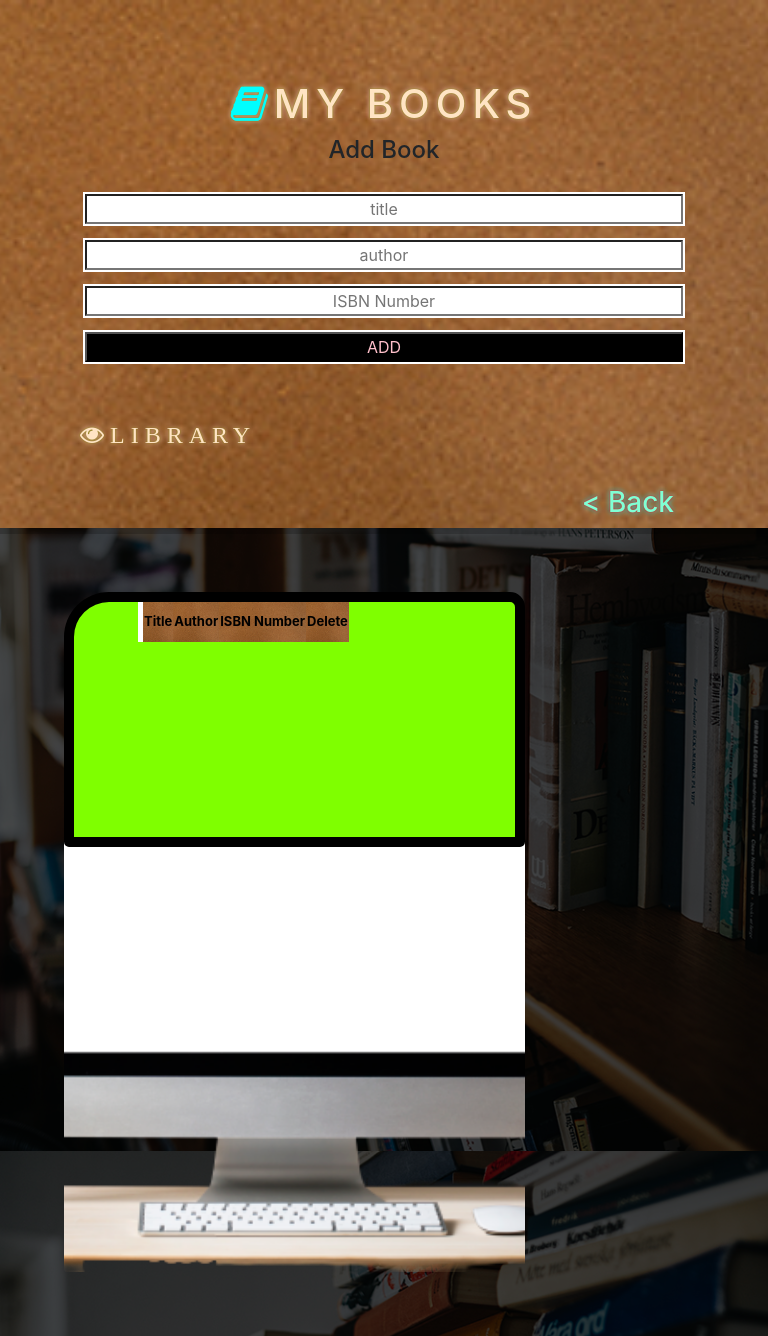
Repository: CSituma/Home-Library-App
Page: libu.html
An editor plug-in stored every save of this project. The page is shown before and after the next save, followed by the edit.
The browser window is 768 px wide. The pictures show the whole page.
Backgrounds fixed to the window are drawn as part of the page. Some web libraries are served in a nearby version.

Above is the page before, as saved 2020-11-10 22:17:22.

### libu.html
<!DOCTYPE html>
<html lang="en">
<head>
    <meta charset="UTF-8">
    <meta name="viewport" content="width=device-width, initial-scale=1.0">
    <meta http-equiv="X-UA-Compatible" content="ie=edge">
    <link rel="stylesheet" href="style.css">
    <link rel="stylesheet" href="https://cdnjs.cloudflare.com/ajax/libs/font-awesome/4.7.0/css/font-awesome.min.css"/>
<link rel="stylesheet" href="https://stackpath.bootstrapcdn.com/bootstrap/4.5.0/css/bootstrap.min.css" integrity="sha384-9aIt2nRpC12Uk9gS9baDl411NQApFmC26EwAOH8WgZl5MYYxFfc+NcPb1dKGj7Sk" crossorigin="anonymous"/>
<link rel="stylesheet" href="https://cdnjs.cloudflare.com/ajax/libs/animate.css/4.0.0/animate.min.css"/>
  <title>BOOK TRACKER</title>
</head>
<body>
    <div class="columns">
        <div class="js">

            <h1><i class="fa fa-book"></i>MY BOOKS</h1>
                        <h4>Add Book</h4>
            <form id="form">
                <input type= "text" id= "title"  placeholder="title">
                <input type= "text" id= "author" placeholder="author" >
                <input type= "text" id= "number" placeholder="ISBN Number">
                <input type= "submit"id= "button" value="ADD">
            </form>
        <h3> <a href= "./index.html"> < Back </a></h3>
        <h4 id="libur"><a href= "#storage"><i class="fa fa-eye">LIBRARY</i></a></h4>

        </div>
        <div class="storage" id="storage" >
              <div class="storage_items">
        <table id="table">
            <thead>
                <tr>
                <th id="title">Title</th>
                <th>Author</th>
                <th>ISBN Number</th>
                <th>Delete</th>
                </tr>
                </thead>
                <tbody class="Booklist" id="booklist">
                </tbody>
            </table>
            </div>
        </div>
</div>
    <script src="lib.js"></script>
 </body>
 </html>

### style.css
/*homepage//////////////*/
body,
html {
  max-width: 100%;
  margin: 0;
  padding: 0;
  max-height: 100%;
  background: url("./images/sandra-seitamaa-qkIWnKtGhg4-unsplash.jpg")
    center/cover no-repeat fixed;
}

.container {
  margin: 10em 20em 20em 20em;
  height: 400px;
  width: 40%;
  background-color: rgba(146, 116, 15, 0.445);
  text-align: center;
}

.lol {
  padding-top: 5em;
  font-weight: 800;
  font-style: italic;
}
span {
  color: yellow;
  font-weight: 400;
}
#lolone {
  color: ghostwhite;
}

h3 {
  padding-top: 4em;
  float: right;
  margin-right: 0.5em;
  font-weight: 900;
  font-size: 2rem;
  text-shadow: 0 0 3px #FF0000, 0 0 5px aqua;
}

h3 a {
  text-decoration: none;
 color: aquamarine;

}

h3 a:hover {
  text-decoration: none;
  color: burlywood;
}

#you {
  padding: 1rem;
  color: gold;
}

/*library////////////////*/
.columns {
  display: flex;
  justify-content: space-between;
  max-width: 100%;
  max-height: 100%;
  background: rgba(0, 0, 0, 0.692);

}
h1{
  letter-spacing: 6px;
  text-shadow: 0 0 3px olive, 0 0 5px pink;
  padding-top:2em;
  margin: 0;
  color: bisque;

}
table {
  background: black;
  width: 100%;
  margin:0.5em;
  margin-left:0.2em;
  text-align: center;
  color:white;

}


td{
  margin: 2em;
}
tr{
  border-left: white 5px solid;
  height: 40px;
}
th {
  color: black;
  background:url('./images/josephine-bredehoft-KsAo8ouBn8A-unsplash.jpg') center/cover no-repeat;
  outline: none;
}
tbody tr:nth-child(odd){
  background:white;
 color: olive;
}
tbody tr:nth-child(odd):hover {
  box-shadow: 0 0 0 2px white;

}
tbody tr:nth-child(even){
background:black;

}
tbody tr:nth-child(even):hover{
  box-shadow: 0 0 0 2px gray;
}

 .fa {
   color:aqua;
 }
 .fa:hover{
   font-size:1.6rem;
 }
form {
  padding: 0.3em;
  margin-top: 1em;
}

form input {
  width: 100%;
  margin: 0.5em 0;
  -webkit-box-shadow: 0 0 0 2px white;
  box-shadow: 0 0 0 2px white;
}

:placeholder-shown {
  text-align: center;
}

#button {
  color: pink;
  background-color: black;
}

/*/////////////////////////////////*/
.storage_items {

  background-color: white;
  width:100%;
  max-height: 70%;
  margin-left: 8em;
  margin-top: 5em;
  margin-bottom: 2em;
  border: rgb(0, 0, 0) 5px solid;
  border-style: groove;
  padding-bottom: 15em;
  overflow: scroll;
  scroll-behavior: smooth;
  scrollbar-width: 2px;
}
.storage {
  background:url("./images/1463-removebg-preview.png") center/cover no-repeat;
  width: 60%;
  height: 85vh;
  margin: 6em 3em 6em 0;
  border-radius: 3px;

}
.js {
  -webkit-box-shadow: 0 0 0 6px rgba(0, 0, 0, 0.191);
  box-shadow: 0 0 0 6px rgba(0, 0, 0, 0.191);
  text-align: center;
  width: 40%;
  margin: 6em 0em 6em 3em;
  background: url("./images/josephine-bredehoft-KsAo8ouBn8A-unsplash.jpg")
    center/cover no-repeat;
}

#libur .fa{
  margin-top: 2em;
 float: left;
 margin-left: 0;
color:bisque;
letter-spacing: 6px;
text-shadow: 0 0 3px olive, 0 0 5px pink;
}

@media screen and (max-width:1000px) {
  .storage{
    margin-right: 0;

    background: url("./images/719-removebg-preview.png") center/cover no-repeat;
  }
  .storage_items{
    margin:0;
    font-size: 13px;
   border: 10px solid black;
   border-radius: 45px;
   border-bottom-right-radius:5px;
   border-bottom-left-radius:5px;
   border-top-right-radius:15px;

   padding:0;
   padding-bottom: 15em;

}

.js{
  margin: 0;}


}

@media screen and (min-width:1000px) {

 .storage_items{
  max-height: 60%;
    width: 400px;
    height: 50%;
    margin-left: 10em;
    margin-top: 5.5em;

  }


 }

 @media screen and (max-width:800px)
 {
   .storage{
        max-width:100% ;
        margin: 4em;
   }
  .storage_items{
    margin: 0;
    margin-right:5em;
    font-size: 13px;
   border: 10px solid black;
   border-radius: 45px;
   border-bottom-right-radius:5px;
   border-bottom-left-radius:5px;
   border-top-right-radius:15px;
  padding: 0 4rem;
   padding-bottom: 15em;
   background-color: chartreuse;

}
.columns{
  flex-direction: column;
}

table{
  align-items: center;
  float: left;
  margin: 0;
  width: auto;

}
.js{
  width:100%;
  padding: 0 5em;
 }

 }

### lib.js
// Book Class: Represents a Book
class Book {
  constructor(title, author, isbn) {
    this.title = title;
    this.author = author;
    this.isbn = isbn;
  }
}

// UI Class: Handle UI Tasks
class UI {
//display Books.//
static displayBooks () {
 const books = Store.getBooks();
 books.forEach(((book) =>
  UI.addBookToList(book)));
}


//addbooks
static addBookToList(book) {

const bookList = document.querySelector('#booklist');
const row = document.createElement('tr');

row.innerHTML= `<td>${book.title} </td>
               <td>${book.author}</td>
               <td>${book.isbn}</td>
              <td><i class="fa fa-trash-o"></i></td>`;

bookList.appendChild(row);

}


//deletebooks
static deleteBook(el){
 if(el.classList.contains('fa')){
   el.parentElement.parentElement.remove();
  }}

////show alert msg
static showAlert(message, className){
const div = document. createElement('div');
div.className = `alert alert-${className}`;
div.appendChild(document.createTextNode(message));
const button = document.getElementById('button');
const form = document.getElementById('form');


form.insertBefore(div, button);


//message vanishing//

setTimeout(() => {
  document.querySelector('.alert').remove();
}, 3000);

}

//clear fields//

static clearFields() {
  document.querySelector('#title').value = '';
  document.querySelector('#author').value = '';
  document.querySelector('#number').value = '';
}

}

///Events:
/* 1. Display Books */

document.addEventListener('DOMContentLoaded', UI.displayBooks);

/* 2. Add Books*/
document.querySelector("#form").addEventListener('submit',(e) =>
{
e.preventDefault();
///get form values//
const title = document.querySelector('#title').value;
const author = document.querySelector('#author').value;
const isbn = document.querySelector('#number').value;

  // Validate
 if(title ===''|| author===''|| isbn===''){
   UI.showAlert('Please fill in the Form', 'danger')
 }
else{
  //instantiate Book
  const book = new Book(title,author,isbn);

//////Adding
UI.addBookToList(book);

Store.addBook(book);

///Show Sucess Message
UI.showAlert('Added', 'success');
//Clearfields
UI.clearFields();


 }
}
);


/////3. Remove BOOK////
document.querySelector('#booklist').addEventListener('click', (e)=>{
e.preventDefault();
//deleting from UI

UI.deleteBook(e.target);
///deleting from Store
Store.removeBook(e.target.parentElement.previousElementSibling.textContent);
//Message
UI.showAlert('Book Deleted', 'danger');

}
);

///localStorage
class Store{
  static getBooks(){
    let books;
   if (localStorage.getItem('books') === null){
     books = [];
   }
   else {
     books = JSON.parse(localStorage.getItem('books'));
   }
   return books;
  }

  static addBook(book){
    const books= Store.getBooks();
    books.push(book);
   localStorage.setItem('books',JSON.stringify(books));
  }
  static removeBook(isbn) {
    const books = Store.getBooks();

    books.forEach((book, index) => {
      if(book.isbn === isbn) {
        books.splice(index, 1);
      }
    });
    localStorage.setItem('books', JSON.stringify(books));
  }
}

After the next save:
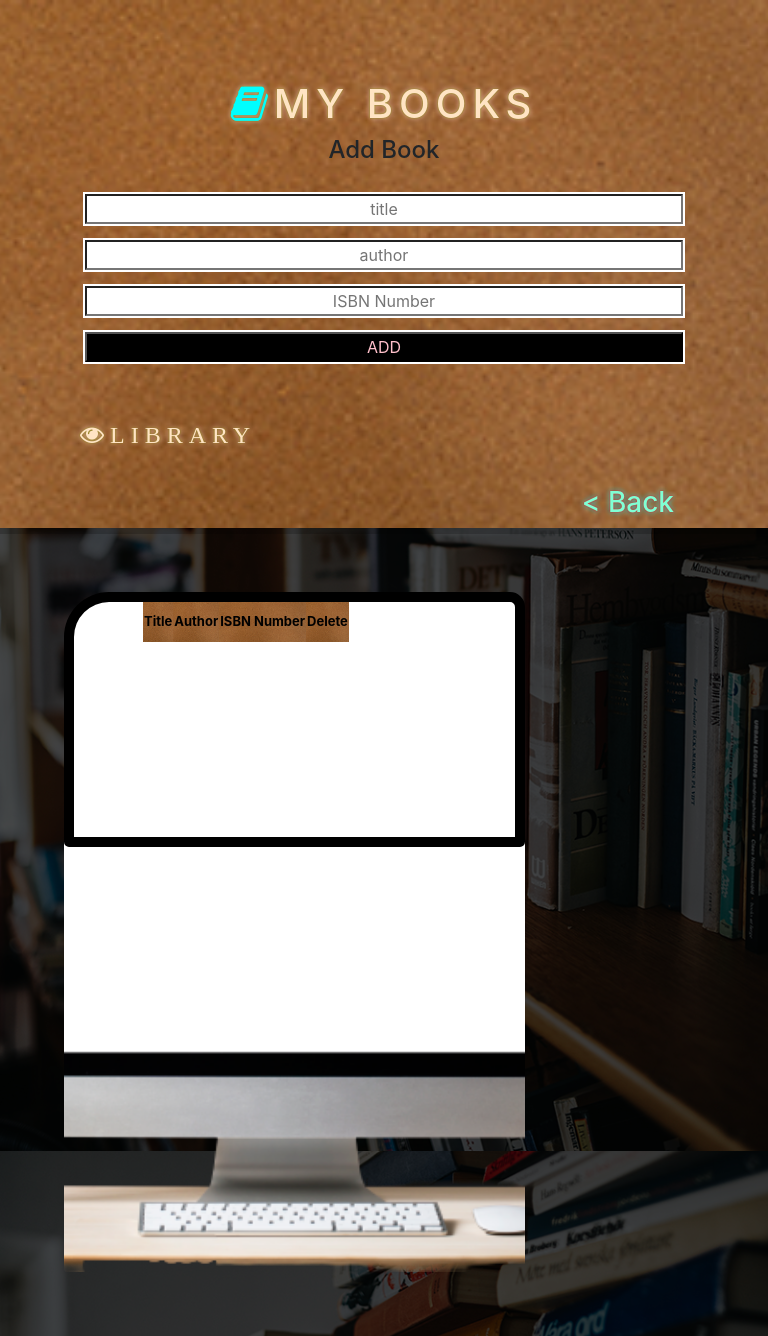
Saved 12 s later.
--- a/style.css
+++ b/style.css
@@ -238,7 +238,6 @@ text-shadow: 0 0 3px olive, 0 0 5px pink;
    border-top-right-radius:15px;
   padding: 0 4rem;
    padding-bottom: 15em;
-   background-color: chartreuse;
 
 }
 .columns{
